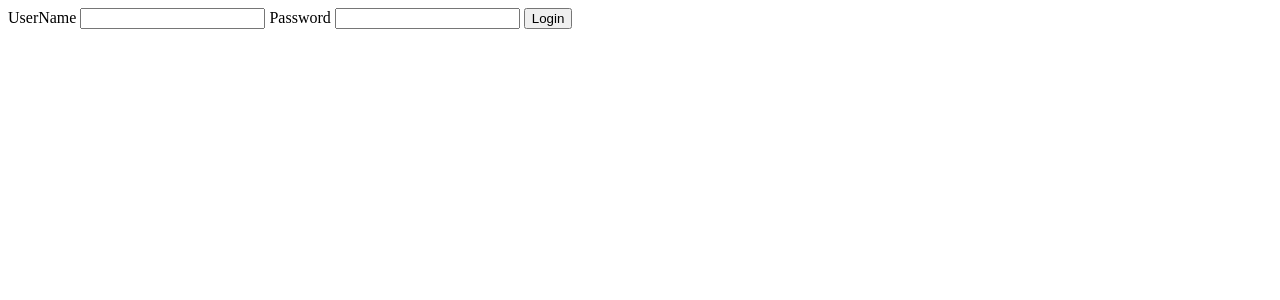
Repository: DhishnaPD/AdvancedJava
Page: http://localhost/Login/login.jsp
The author's editor kept a copy of each file at every save. The page is drawn from the files as they stood at one save, then again after the next save.
The browser window is 1280 px wide. The pictures show the whole page.
The page is served by Tomcat 9.

Above is the page before, as saved 2024-12-20 11:49:12.

After the next save:
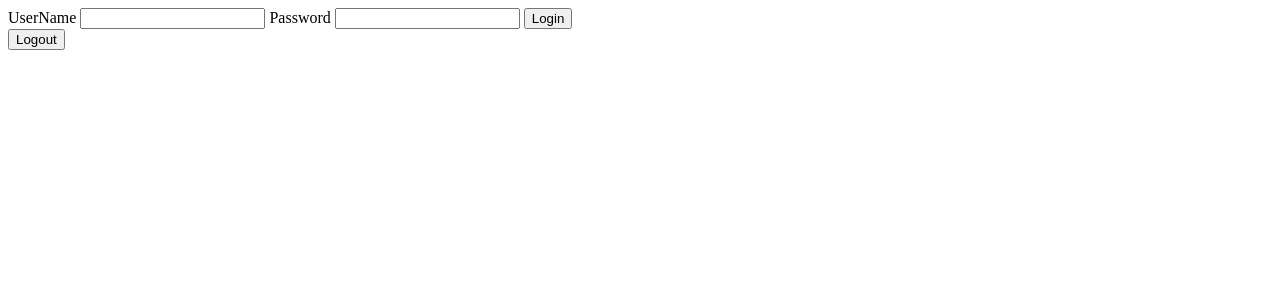
Saved 3 min 20 s later.
--- a/Login/src/main/webapp/login.jsp
+++ b/Login/src/main/webapp/login.jsp
@@ -72,6 +72,9 @@
         }
     }
 %>
-
+<form action="logoutUser.jsp" method="POST">
+    <button type="submit">Logout</button>
+</form>
+</body>
 </body>
 </html>
